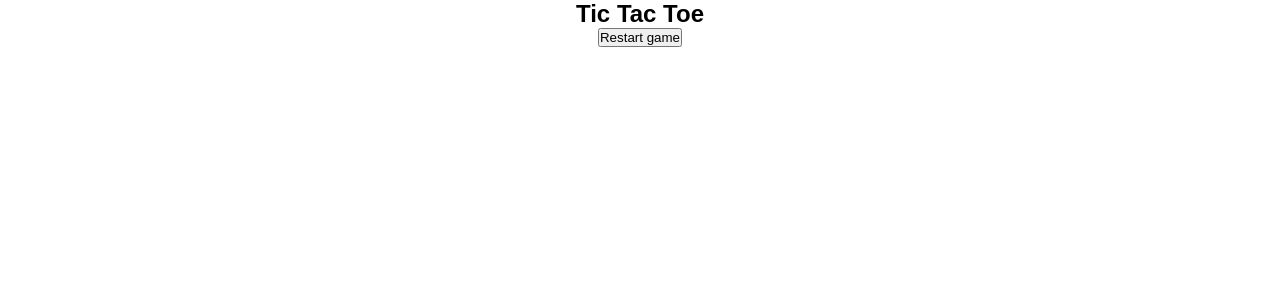
Repository: DuongThanhLong/Tic-Tac-Toe
Page: index.html
These files come from the project's save history. The page is drawn as it stood at one moment and after the next save; the edit follows.
The browser window is 1280 px wide. The pictures show the whole page.

Above is the page before, as saved 2021-09-26 17:53:03.

### index.html
<!DOCTYPE html>
<html lang="en">

<head>
    <meta charset="UTF-8">
    <meta http-equiv="X-UA-Compatible" content="IE=edge">
    <meta name="viewport" content="width=device-width, initial-scale=1.0">
    <title>Tic Tac Toe Game</title>
    <link rel="stylesheet" href="style.css">
</head>

<body>
    <section>
        <h1 class="game-title">Tic Tac Toe</h1>
        <div class="game-container">
            <div data-cell-index="0" class="cell"></div>
            <div data-cell-index="1️" class="cell"></div>
            <div data-cell-index="2" class="cell"></div>
            <div data-cell-index="3" class="cell"></div>
            <div data-cell-index="4" class="cell"></div>
            <div data-cell-index="5" class="cell"></div>
            <div data-cell-index="6" class="cell"></div>
            <div data-cell-index="7" class="cell"></div>
            <div data-cell-index="8" class="cell"></div>
        </div>
        <h2 class="game-status"></h2>
        <button class="game-restart">Restart game</button>
    </section>
    <script src="script.js"></script>
</body>

</html>

### style.css
* {
    margin: 0;
    padding: 0;
    box-sizing: border-box;
}

body {
    font-family: "Arial", sans-serif;
}

section {
    text-align: center;
}

.game-container {
    display: grid;
    grid-template-columns: repeat(3, auto);
    width: 306px;
    margin 50px auto;
}

Loaded but not shown: script.js (no copy from this time; the picture is the same without it)

After the next save:
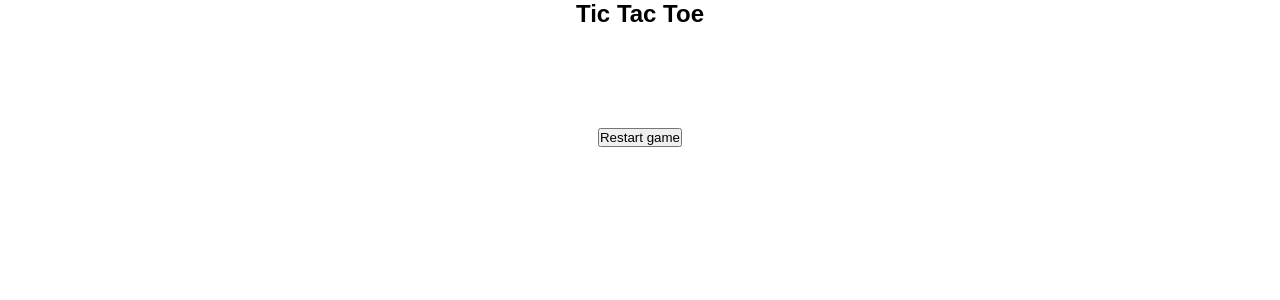
Saved 6 s later.
--- a/style.css
+++ b/style.css
@@ -16,5 +16,5 @@
     display: grid;
     grid-template-columns: repeat(3, auto);
     width: 306px;
-    margin 50px auto;
+    margin: 50px auto;
 }
